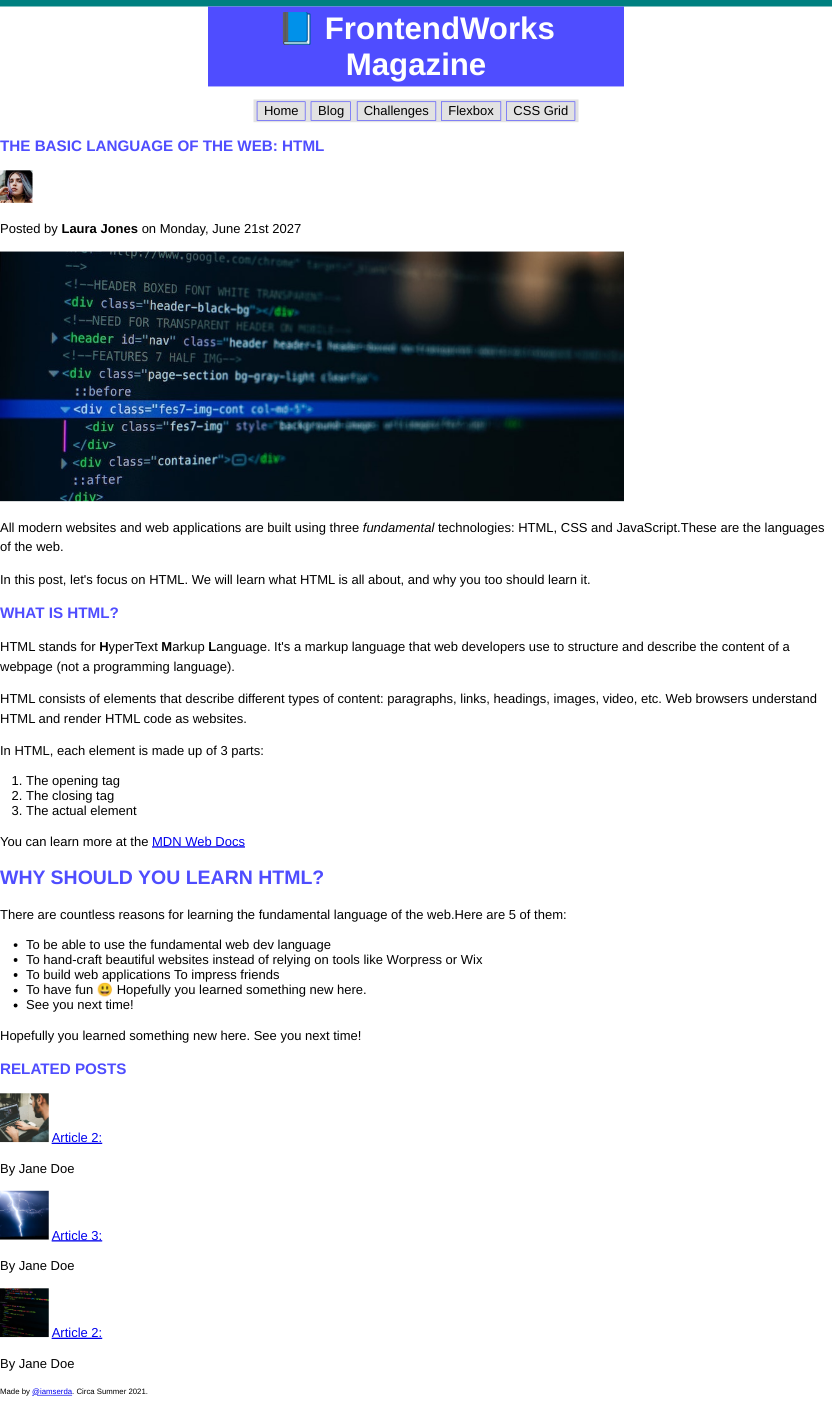
Repository: iamserda/html-css-course
Page: starter/02-HTML-Fundamentals/index.html
The author's editor kept a copy of each file at every save. The page is drawn from the files as they stood at one save, then again after the next save.
The browser window is 1280 px wide. The pictures show the whole page, at 65% of full size.

Above is the page before, as saved 2021-07-17 16:33:08.

### starter/02-HTML-Fundamentals/index.html
<!DOCTYPE html>
<html lang="en">

<head>
    <meta charset="UTF-8" />
    <meta http-equiv="X-UA-Compatible" content="IE=edge" />
    <meta name="viewport" content="width=device-width, initial-scale=1.0" />
    <title>HTML Fundamentals by Laura Jones</title>
    <link href="index.css" rel="stylesheet" />
</head>

<body>
    <header>
        <h1 class="brandname">📘 FrontendWorks Magazine</h1>
        <nav>
            <ul>
                <li><a href="index.html">Home</a></li>
                <li><a href="blog/">Blog</a></li>
                <li><a href="challenges/">Challenges</a></li>
                <li><a href="https://css-tricks.com/snippets/css/a-guide-to-flexbox/" target="_blank">Flexbox</a></li>
                <li><a href="https://css-tricks.com/snippets/css/complete-guide-grid/" target="_blank">CSS Grid</a></li>
            </ul>
        </nav>
    </header>
    <main>
        <section>
            <article>
                <header class="article-meta">
                    <h1 class="post-title">The Basic Language of the Web: HTML</h1>
                    <img class="author-pic" src="img/laura-jones.jpg" alt="photo of author laura jones" />
                    <p>Posted by <strong>Laura Jones</strong> on Monday, June 21st 2027</p>
                </header>
                <div class="article-content">
                    <img class="post-image" src="img/post-img.jpg" alt="displaying html code." />
                    <p> All modern websites and web applications are built using three
                        <em>fundamental</em> technologies: HTML, CSS and JavaScript.These are the languages of the web.
                    </p>
                    <p>
                        In this post, let's focus on HTML. We will learn what HTML is all about, and why you too should
                        learn it.
                    </p>

                    <h3>What is HTML?</h3>

                    <p>
                        HTML stands for <b>H</b>yperText <b>M</b>arkup <b>L</b>anguage. It's a markup language that web
                        developers use to structure and describe the content of a webpage (not a programming language).
                    </p>

                    <p>
                        HTML consists of elements that describe different types of content: paragraphs, links, headings,
                        images, video, etc. Web browsers understand HTML and render HTML code as websites.
                    </p>

                    <p>In HTML, each element is made up of 3 parts:</p>
                    <ol>
                        <li>The opening tag</li>
                        <li>The closing tag</li>
                        <li>The actual element</li>
                    </ol>
                    <p>
                        You can learn more at the
                        <a href="https://developer.mozilla.org/en-US/" target="_blank">MDN Web Docs</a>
                    </p>
                    <h2>Why should you learn HTML?</h2>
                    <p>There are countless reasons for learning the fundamental language of the web.Here are 5 of them:
                    </p>
                    <ul>
                        <li>To be able to use the fundamental web dev language</li>
                        <li>To hand-craft beautiful websites instead of relying on tools like Worpress or Wix</li>
                        <li>To build web applications To impress friends</li>
                        <li>To have fun 😃 Hopefully you learned something new here.</li>
                        <li>See you next time!</li>
                    </ul>
                    <p>Hopefully you learned something new here. See you next time!</p>
                </div>
            </article>
        </section>
        <aside>
            <h3>Related Posts</h3>
            <div class="related">
                <img src="img/related-1.jpg" alt="a programmer writing code.">
                <a href="#article2">Article 2:</a>
                <p>By Jane Doe</p>
            </div>
            <div class="related">
                <img src="img/related-2.jpg" alt="a programmer writing code.">
                <a href="#article3">Article 3:</a>
                <p>By Jane Doe</p>
            </div>
            <div class="related">
                <img src="img/related-3.jpg" alt="a programmer writing code.">
                <a href="#article4">Article 2:</a>
                <p>By Jane Doe</p>
            </div>
        </aside>
    </main>
    <footer>
        <p>Made by <a href="https://twitter.com/iamserda">@iamserda</a>. Circa Summer 2021.</p>
    </footer>
</body>

</html>

### starter/02-HTML-Fundamentals/index.css
* {
    box-sizing: border-box;
}

html {
    font-size: 16px;
}

html,
body {
    margin: 0;
    padding: 0;
}

body {
    font-family: Helvetica, Arial, sans-serif;
    font-size: 1.25rem;
}

body>header {
    border-top: 10px solid teal;
}

h1,
h2,
h3,
h4,
h5,
h6 {
    color: rgb(79, 77, 255);
    text-transform: uppercase;
}

.brandname {
    width: 50%;
    margin: 0 auto;
    font-size: 3rem;
    text-transform: capitalize;
    text-align: center;
    color: white;
    background-color: rgb(79, 77, 255);
    padding: 0.125em 0;
}

p {
    line-height: 1.5;
}

nav ul {
    width: 50%;
    max-width: 500px;
    margin-left: auto;
    margin-right: auto;
    background-color: rgb(226, 226, 226);
    padding: 0.125em;
}

nav li {
    list-style: none;
    border: 1px solid rgb(79, 77, 255);
    padding: 0.125em 0.5em;
    margin-left: 0.125em;
    display: inline-block;
}

nav a {
    display: block;
    text-decoration: none;
    color: inherit;
    width: 100%;
    height: auto;
}

nav li:hover {
    background-color: rgb(79, 77, 255);

}

nav li:hover a {
    color: white;
}

.related img {
    width: 100%;
    max-width: 75px;
}

.post-title {
    color: rgb(79, 77, 255);
}

.post-image {
    width: 100%;
    max-width: 960px;
    height: auto;
}

.author-pic {
    width: 100%;
    max-width: 50px;
    height: auto;
}

footer p {
    font-size: 0.75rem;
}

After the next save:
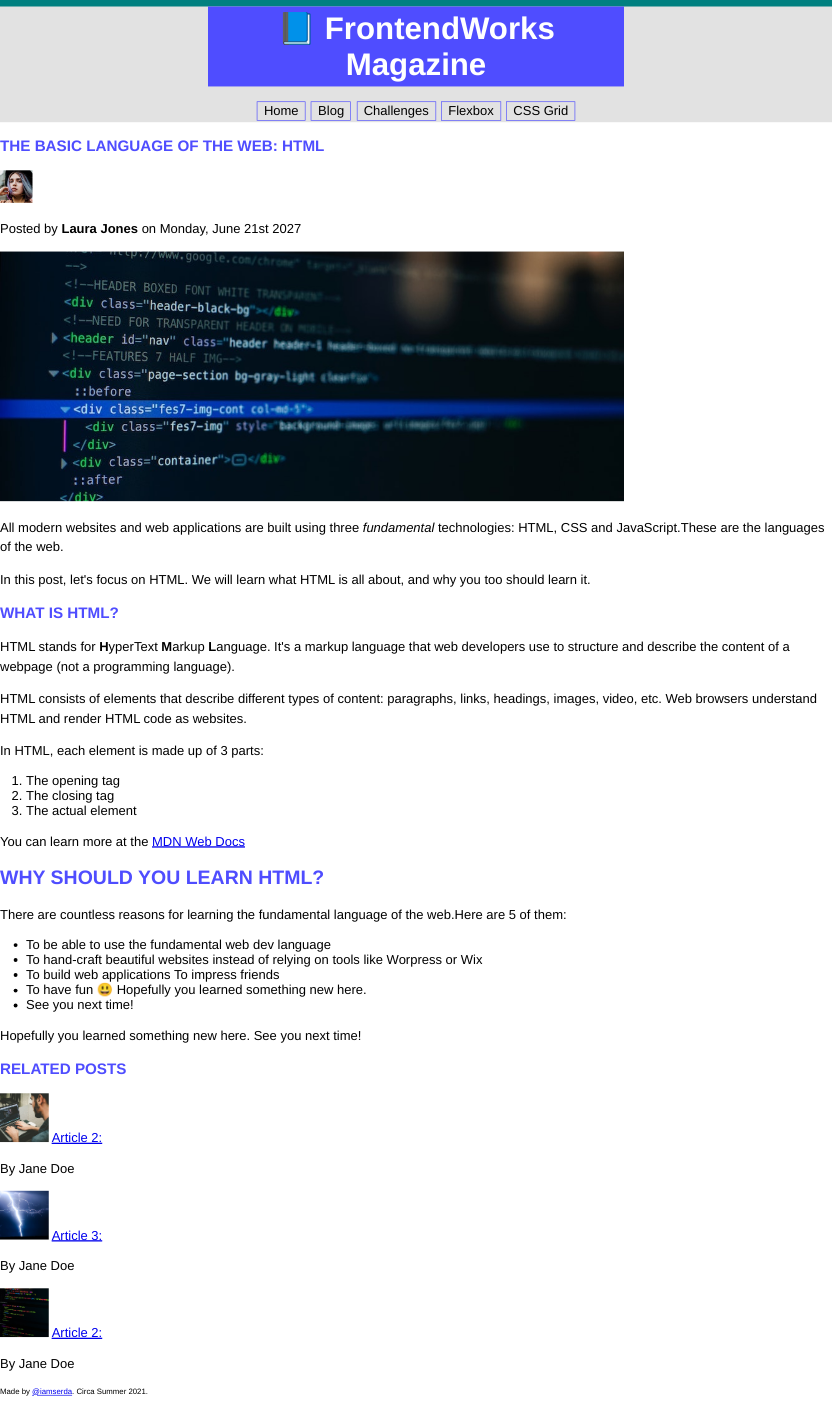
Saved 17 s later.
--- a/starter/02-HTML-Fundamentals/index.css
+++ b/starter/02-HTML-Fundamentals/index.css
@@ -19,6 +19,7 @@ body {
 
 body>header {
     border-top: 10px solid teal;
+    background-color: rgb(226, 226, 226);
 }
 
 h1,
@@ -51,7 +52,7 @@ nav ul {
     max-width: 500px;
     margin-left: auto;
     margin-right: auto;
-    background-color: rgb(226, 226, 226);
+
     padding: 0.125em;
 }
 
